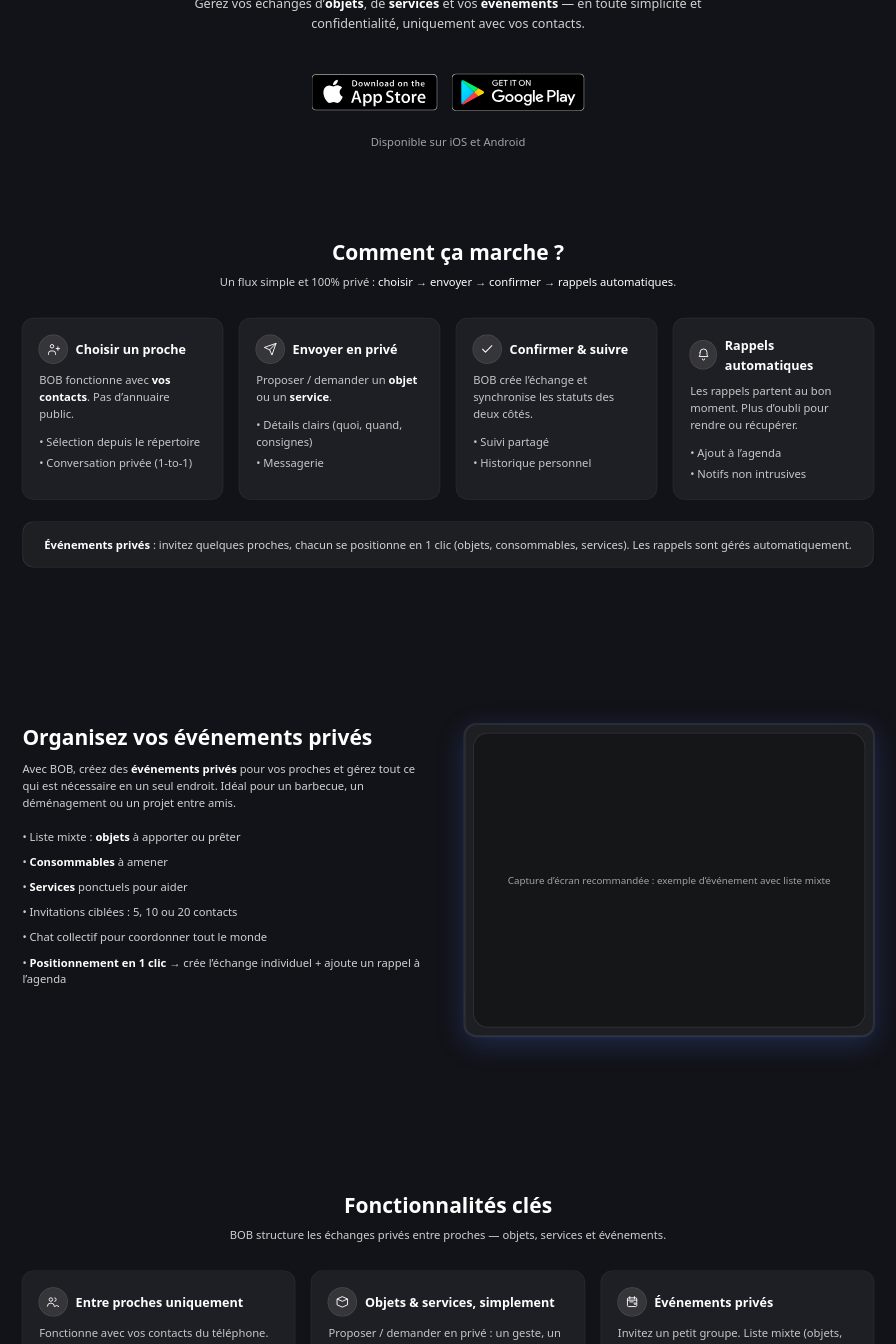
Repository: JeanCharlesMEILLAND/new-bob
Page: /
An editor plug-in stored every save of this project. The page is shown before and after the next save, followed by the edit.
The browser window is 1280 px wide. The pictures show the part of the page from y = 397 to 2317 px (the page is 3274 px tall before and 4232 px after), at 70% of full size.
The page's requests for data from a server got no answer. The project was rebuilt for these pictures with package versions that can differ from the ones it lists, and the page was loaded fresh each time. The framework's server and built-in components were replaced by stand-ins that run in the browser. No one was signed in, and anything a server would have sent is missing. Also part of the build but not shown: next.config.ts.

Above is the page before, as saved 2025-08-12 15:58:30.

After the next save:
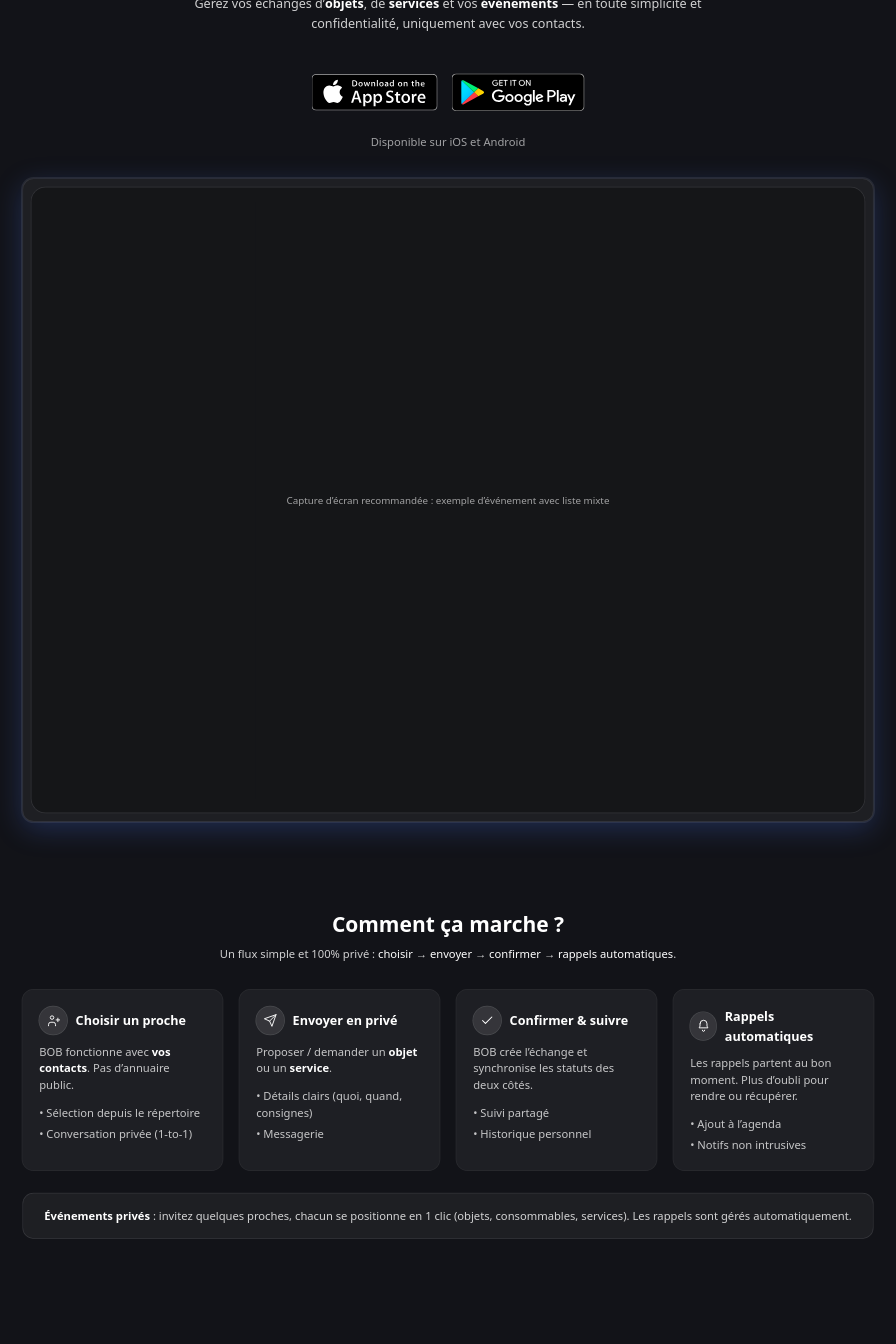
Saved 4 min 0 s later.
--- a/src/components/sections/Hero.tsx
+++ b/src/components/sections/Hero.tsx
@@ -51,6 +51,17 @@
         {/* Légende rapprochée */}
         <p className="text-base text-white/60 -mt-2">Disponible sur iOS et Android</p>
 
+
+         {/* Visuel placeholder */}
+          <div className="rounded-2xl border border-white/10 bg-white/5 p-3 shadow-glow">
+            <div className="aspect-[4/3] w-full rounded-xl2 bg-black/30 ring-1 ring-white/10 flex items-center justify-center text-white/60">
+              <span className="text-sm text-center px-4">
+                Capture d’écran recommandée : exemple d’événement avec liste mixte
+              </span>
+            </div>
+          </div>
+
+
       </Container>
     </section>
   )
